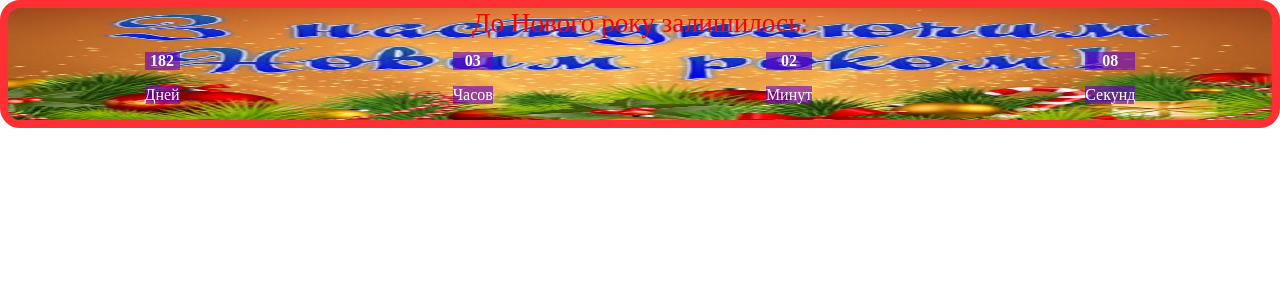
Repository: KonstantinKhamilov/JavaScript11-new-year
Page: index.html
These files come from the project's save history. The page is drawn as it stood at one moment and after the next save; the edit follows.
The browser window is 1280 px wide. The pictures show the whole page.

Above is the page before, as saved 2024-12-29 19:21:02.

### index.html
<!DOCTYPE html>
<html lang="en">
    <head>
        <title>JavaScript11</title>

        <meta charset="utf-8">
        <meta http-equiv="X-UA-Compatible" content="IE=edge">
        <meta name="description" lang="ru" content="Стили css">
        <meta name="author" content="Константин">
        <meta name="keywords" content="Программирование, уроки JavaScript">
        <meta name="robots" content="all">
        <meta name="viewport" content="width=device-width, initial-scale=1.0">
        <link rel="stylesheet" href="newYear.css" type="text/css">
</head>

<body>
   <!--
     <h1><u>Задание 1</u></h1>
    <p>Необходимо реализовать функцию, описывающую окружность.В функции должны быть следующие компоненты:</p>
<ul type="disk">
    <li>поле, хранящее радиус окружности;</li>
    <li>get-свойство, возвращающее радиус окружности;</li>
    <li>set-свойство, устанавливающее радиус окружности;</li>
    <li>get-свойство, возвращающее диаметр окружности;</li>
    <li>метод, вычисляющий площадь окружности;</li>
    <li>метод, вычисляющий длину окружности.</li>
</ul>
       <p>Продемонстрируйте работу свойств и методов.</p>
       <p>Введите радиус окружности: </p>
       <input type="text" id="rad">
        <button onclick="showResults()">Показать результаты</button>
        <p id="output"></p>

          <h1><u>Задание 2</u></h1>
          <p>Реализуйте функцию, которая описывает css класс.функция CssClass должна содержать внутри себя:</p>
          <ul type="square">
<li>название css класса;</li>
<li>массив стилей;</li>
<li>метод для установки стиля;</li>
<li>метод для удаления стиля;</li>
<li>метод getCss(), который возвращает css код в виде строки.</li>
          </ul>

          <p>Введите название класса:</p>
    <input type="text" id="class" />
    <button onclick="showCSS()">Показать результат генерации</button>
    <p id="output1"></p>

    <p>Добавить стиль:</p>
    <input type="text" id="add-style" />
    <button onclick="addStyle()">Добавить</button>

    <p>Удалить стиль:</p>
    <input type="text" id="remove-style" />
    <button onclick="removeStyle()">Удалить</button>

  <h1><u>Задание 3</u></h1>
  <p>
    Рассчитайте, сколько дней, часов, минут и секунд осталось до Нового года. Выведите эти значения красиво,
    методом document.write() или другим с тегами -p- и
    -span- и классами для них. Стили можно записать в отдельном css-файле. Если одно из чисел будет меньше 10,
    то его нужно вывести с ведущим 0, например, так:
    Сделайте свой скрипт универсальным, задав дату следующего Нового года относительно текущей даты с помощью методов объекта Date.
  </p>
  <p>Пример вывода результата задания:</p>
<img src="D:\Full Stack\Модуль\JavaScript\JavaScript11\Безымянный1.png" alt="time">
-->
<div class="box">
  <ol class="maintext">
    <li class="text">До Нового року залишилось:</li>
   <li class="count">

<ol class="time">
  <li class="timer"><h2 id="day">00</h2><p>Дней</p></li>
  <li class="timer"><h2 id="hrs">00</h2><p>Часов</p></li>
  <li class="timer"><h2 id="min">00</h2><p>Минут</p></li>
  <li class="timer"><h2 id="sec">00</h2><p>Секунд</p></li>
</ol>
  </li>
  </ol>
</div>

    <script>
/*
        //1
function Circle(radius) {
  // Сохранение значения радиуса в свойстве объекта
  this.radius = radius;
  // Определение get-свойства для получения значения радиуса
  Object.defineProperty(this, 'radius', {
    get: function() {
      // Возвращение значения радиуса
      return radius;
    },
    // Определение set-свойства для установки значения радиуса
    set: function(value) {
      // Проверка на корректность значения радиуса
      if (value <= 0) throw new Error('Invalid radius');
      // Установка нового значения радиуса
      radius = value;
    }
  });

  // Определение get-свойства для получения значения диаметра окружности
  Object.defineProperty(this, 'diameter', {
    get: function() {
      // Возвращение значения диаметра, равного удвоенному радиусу
      return 2 * radius;
    }
  });

  // Определение метода для вычисления площади окружности
  this.area = function() {
    // Возвращение площади окружности, вычисленной как произведение числа Пи на квадрат радиуса
    return Math.PI * Math.pow(radius, 2);
  }

  // Определение метода для вычисления длины окружности
  this.circumference = function() {
    // Возвращение длины окружности, вычисленной как произведение числа Пи на удвоенный радиус
    return 2 * Math.PI * radius;
  }
}

function showResults() {
    let input = document.getElementById("rad").value;
    let circle = new Circle(input);
    let output = 'Радиус: ' + circle.radius + '<br>';
    output += 'Диаметр: ' + circle.diameter + '<br>';
    output += 'Площадь: ' + circle.area() + '<br>';
    output += 'Длинна окружности: ' + circle.circumference();
    document.getElementById("output").innerHTML = output;
  }

  //2

      // Определение функции CssClass, которая принимает название CSS класса в качестве аргумента
      function CssClass(className) {
        // Сохранение значения названия CSS класса в свойстве объекта
        this.className = className;
        // Создание пустого массива для хранения стилей CSS класса
        this.styles = [];

        // Определение метода setStyle для добавления нового стиля в массив стилей
        this.setStyle = function(style) {
          // Добавление нового стиля в конец массива стилей
          this.styles.push(style);
        }

        // Определение метода removeStyle для удаления существующего стиля из массива стилей
        this.removeStyle = function(style) {
          // Поиск индекса указанного стиля в массиве стилей
          let index = this.styles.indexOf(style);
          // Если стиль найден в массиве
          if (index !== -1) {
            // Удаление стиля из массива по найденному индексу
            this.styles.splice(index, 1);
          }
        }

        // Определение метода getCss для генерации CSS кода класса в виде строки
        this.getCss = function() {
          // Создание строки с селектором CSS класса и открывающей скобкой
          let cssString = '.' + this.className + ' {\n';
          // Цикл по всем стилям в массиве стилей
          for (let i = 0; i < this.styles.length; i++) {
            // Добавление очередного стиля в строку с отступом и точкой с запятой
            cssString += '  ' + this.styles[i] + ';\n';
          }
          // Добавление закрывающей скобки в конец строки
          cssString += '}';
          // Возвращение сгенерированной строки с CSS кодом класса
          return cssString;
        }
      }
      let myClass;

      function showCSS() {
        // Получение значения из элемента input с id 'class'
        let className = document.getElementById('class').value;
        // Создание нового объекта CssClass с названием класса из элемента input
        myClass = new CssClass(className);
        // Добавление стиля 'color: red' в массив стилей класса
        myClass.setStyle('color: red');
        // Добавление стиля 'font-size: 16px' в массив стилей класса
        myClass.setStyle('font-size: 16px');
        // Вывод сгенерированного CSS кода класса в элемент p с id 'output'
        document.getElementById('output1').innerHTML = myClass.getCss();
      }

      function addStyle() {
        if (!myClass) {
          alert('Сначала нажмите кнопку "Показать результат генерации"');
          return;
        }
        // Получение значения из элемента input с id 'add-style'
        let style = document.getElementById('add-style').value;
        // Добавление стиля в массив стилей класса
        myClass.setStyle(style);
        // Вывод обновленного CSS кода класса в элемент p с id 'output'
        document.getElementById('output1').innerHTML = myClass.getCss();
      }

      function removeStyle() {
        if (!myClass) {
          alert('Сначала нажмите кнопку "Показать результат генерации"');
          return;
        }
        // Получение значения из элемента input с id 'remove-style'
        let style = document.getElementById('remove-style').value;
        // Удаление стиля из массива стилей класса
        myClass.removeStyle(style);
        // Вывод обновленного CSS кода класса в элемент p с id 'output'
        document.getElementById('output1').innerHTML = myClass.getCss();
      }
      */

//3
const day = document.getElementById('day');
const hrs = document.getElementById('hrs');
const min = document.getElementById('min');
const sec = document.getElementById('sec');
const currentYear = new Date().getFullYear();

const newYear = new Date (`1 Jan ${currentYear + 1} 00:00:00`);

function countdownDate(){
const today = Date.now()
const gap = newYear - today;
let d = Math.floor(gap/1000/60/60/24);
let h = Math.floor((gap/1000/60/60)%24);
let m = Math.floor((gap/1000/60)%60);
let s = Math.floor((gap/1000)%60);

day.innerHTML = d<10 ? '0' + d : d;
hrs.innerHTML = h<10 ? '0' + h : h;
min.innerHTML = m<10 ? '0' + m : m;
sec.innerHTML = s<10 ? '0' + s : s;
}
setInterval(countdownDate,1000);
    </script>
</body>
</html>

### newYear.css
body {
  margin: 0;
  padding: 0;
}

@media screen and (min-width: 320px) {
  .box {
    display: block;
    text-align: end;
    background-image: url("z_nastupauschim_ng_4.jpg");
    background-repeat: no-repeat;
    background-size: 100% 100%;
    border: solid 8px;
    border-radius: 20px;
    border-color: rgb(255, 48, 52);
    height: 100%;
  }

  ol {
    list-style-type: none;
    margin: auto;
    padding: 0px;
  }

  .maintext {
    display: flex;
    flex-direction: column;
    justify-content: space-between;
  }

  .text {
    color: rgb(255, 0, 0);
    font-family: cursive;
    font-size: 1.7em;
    text-align: center;
  }

  .time {
    display: flex;
    flex-direction: row;
    justify-content: space-around;
    width: 100%;
  }

  h2 {
    color: white;
    font-size: 1em;
  }

  .timer > p,
  .timer > #day,
  .timer > #hrs,
  .timer > #min,
  .timer > #sec {
    color: white;
    background-color: rgb(102, 2, 196, 0.62);
    font-size: 1em;
    text-align: center;
  }
}

After the next save:
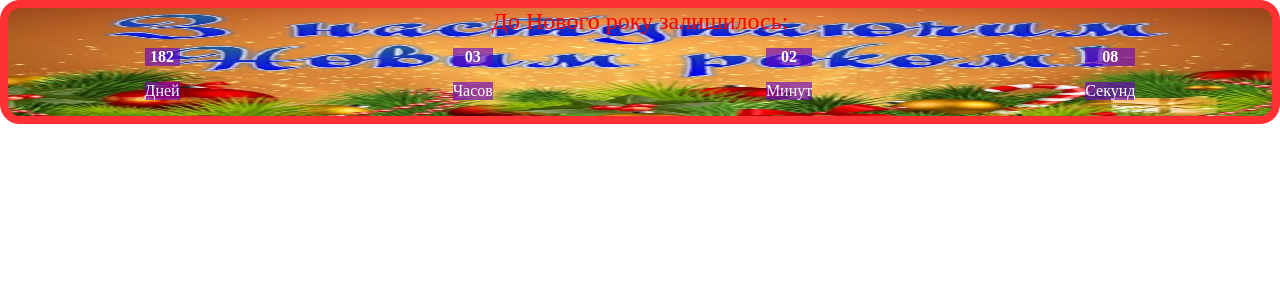
Saved 15 s later.
--- a/newYear.css
+++ b/newYear.css
@@ -31,7 +31,7 @@ body {
   .text {
     color: rgb(255, 0, 0);
     font-family: cursive;
-    font-size: 1.7em;
+    font-size: 1.5em;
     text-align: center;
   }
 
